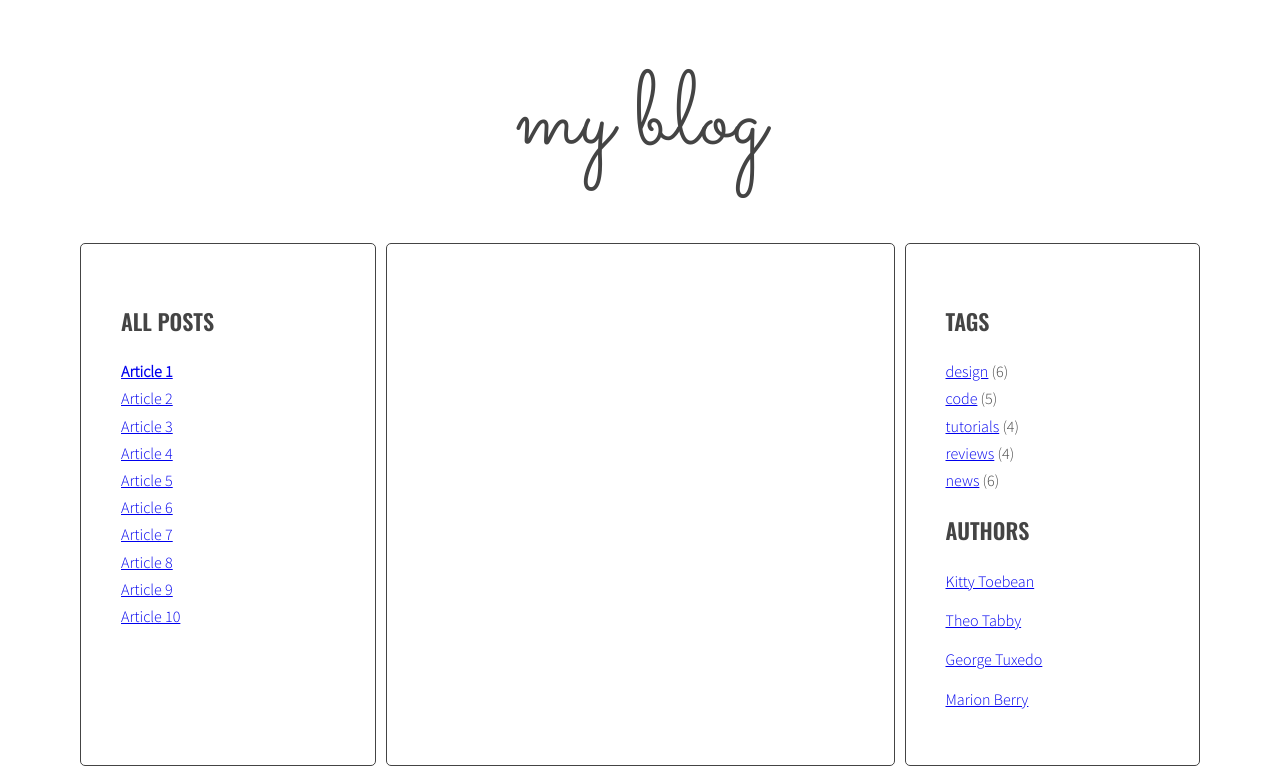
Repository: Akaimajo/javascript-blog
Page: index.html
The author's editor kept a copy of each file at every save. The page is drawn from the files as they stood at one save, then again after the next save.
The browser window is 1280 px wide. The pictures show the whole page.

Above is the page before, as saved 2020-10-16 10:24:19.

After the next save:
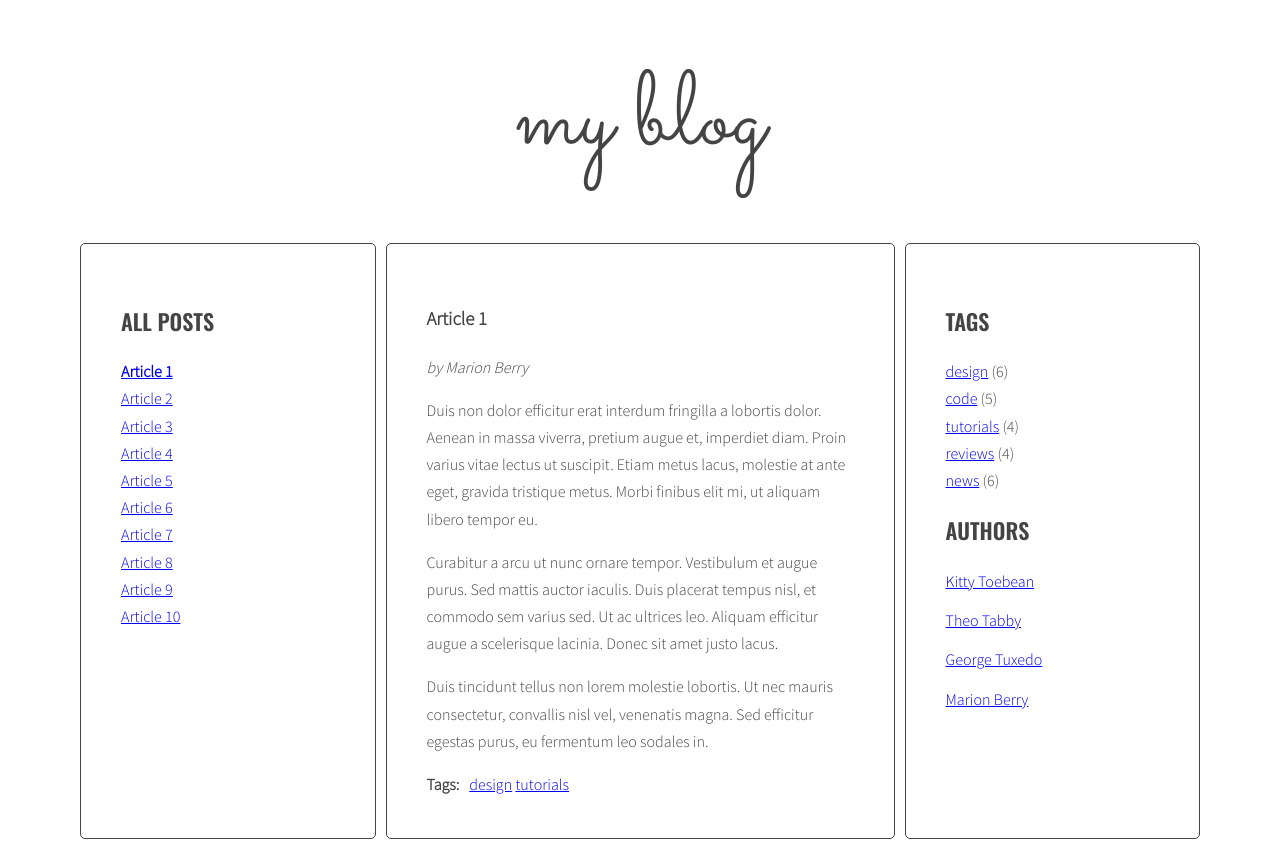
Saved 38 min 18 s later.
--- a/index.html
+++ b/index.html
@@ -27,7 +27,7 @@
               </ul>
             </aside>
             <section class="posts">
-              <article class="post" id="article-1">
+              <article class="post active" id="article-1">
                 <h3 class="post-title">Article 1</h3>
                 <p class="post-author">by Marion Berry</p>
                 <div class="post-content">
